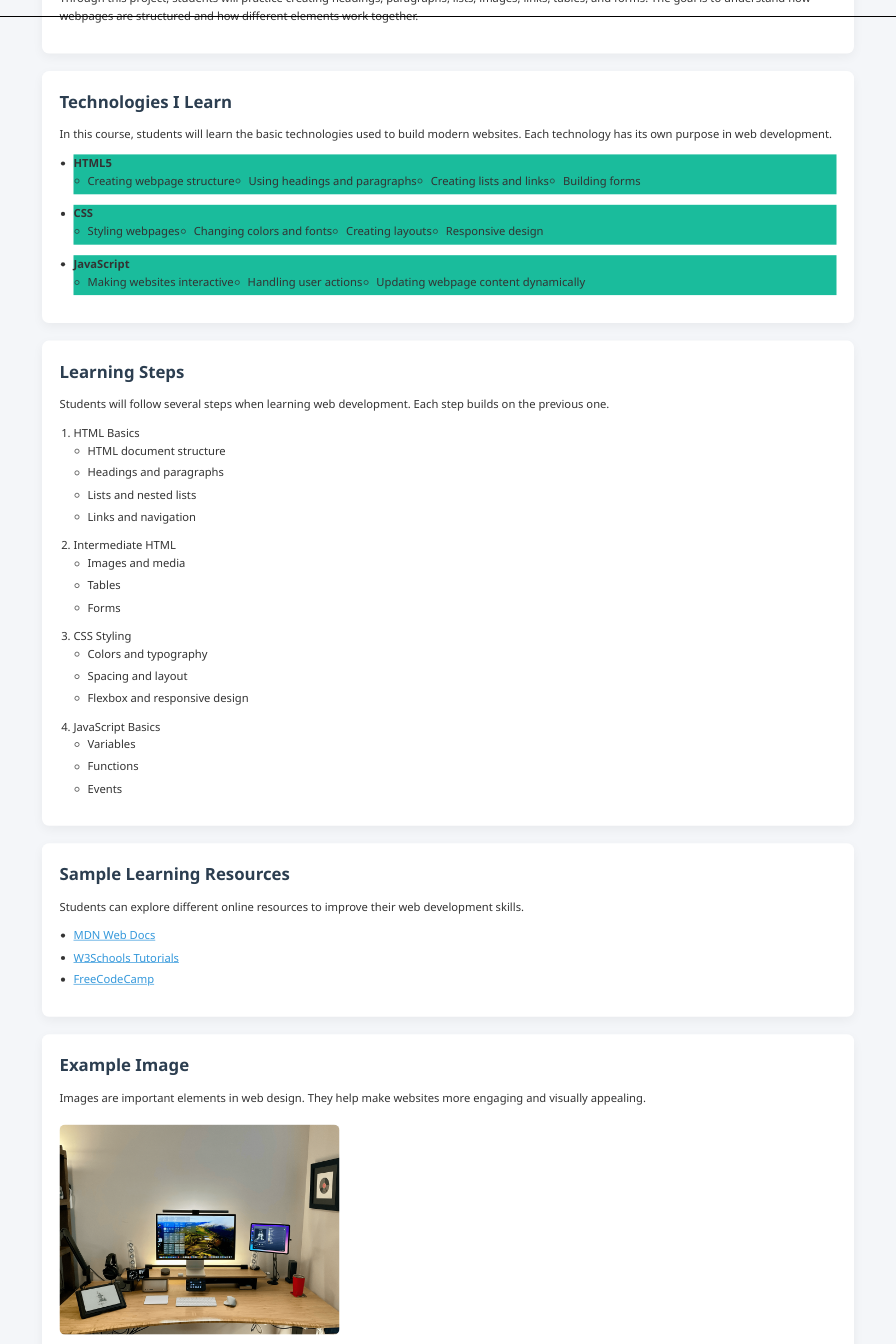
Repository: Than-sothearak/web_client_programing
Page: Week_03/index.html
The author's editor kept a copy of each file at every save. The page is drawn from the files as they stood at one save, then again after a run of saves.
The browser window is 1280 px wide. The pictures show the part of the page from y = 342 to 2262 px (the page is 2984 px tall before and 3218 px after), at 70% of full size.

Above is the page before, as saved 2026-03-24 21:16:46.

After the next 2 saves:
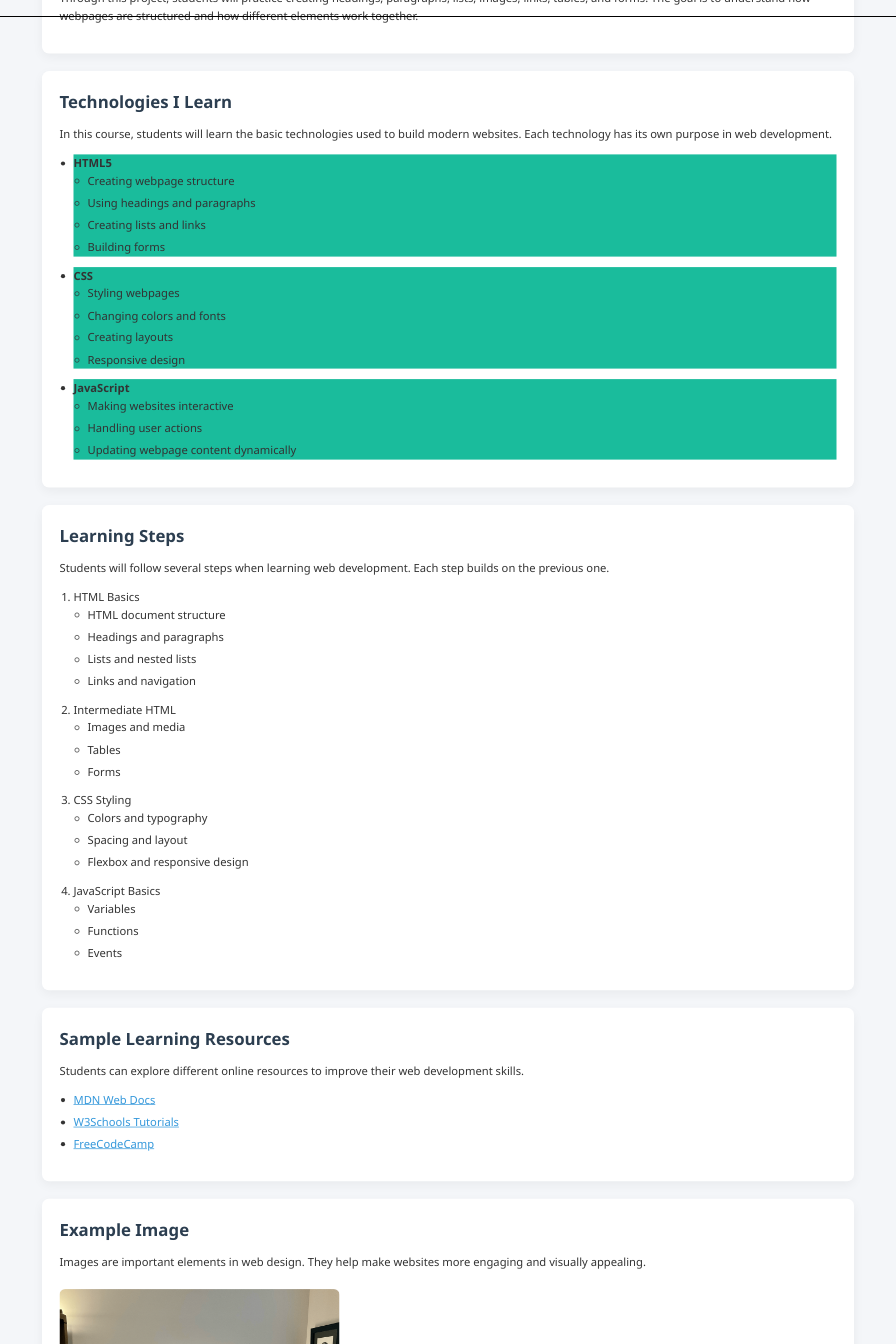
The 2 saves are shown as one change because they came seconds apart.
The last was saved 15 s later.
--- a/Week_03/styles.css
+++ b/Week_03/styles.css
@@ -97,7 +97,7 @@
   margin-bottom: 15px;
 }
 
-.card-container ul {
+ul .card-container{
   display: flex;
   gap: 20px;
 }

After the save that followed:
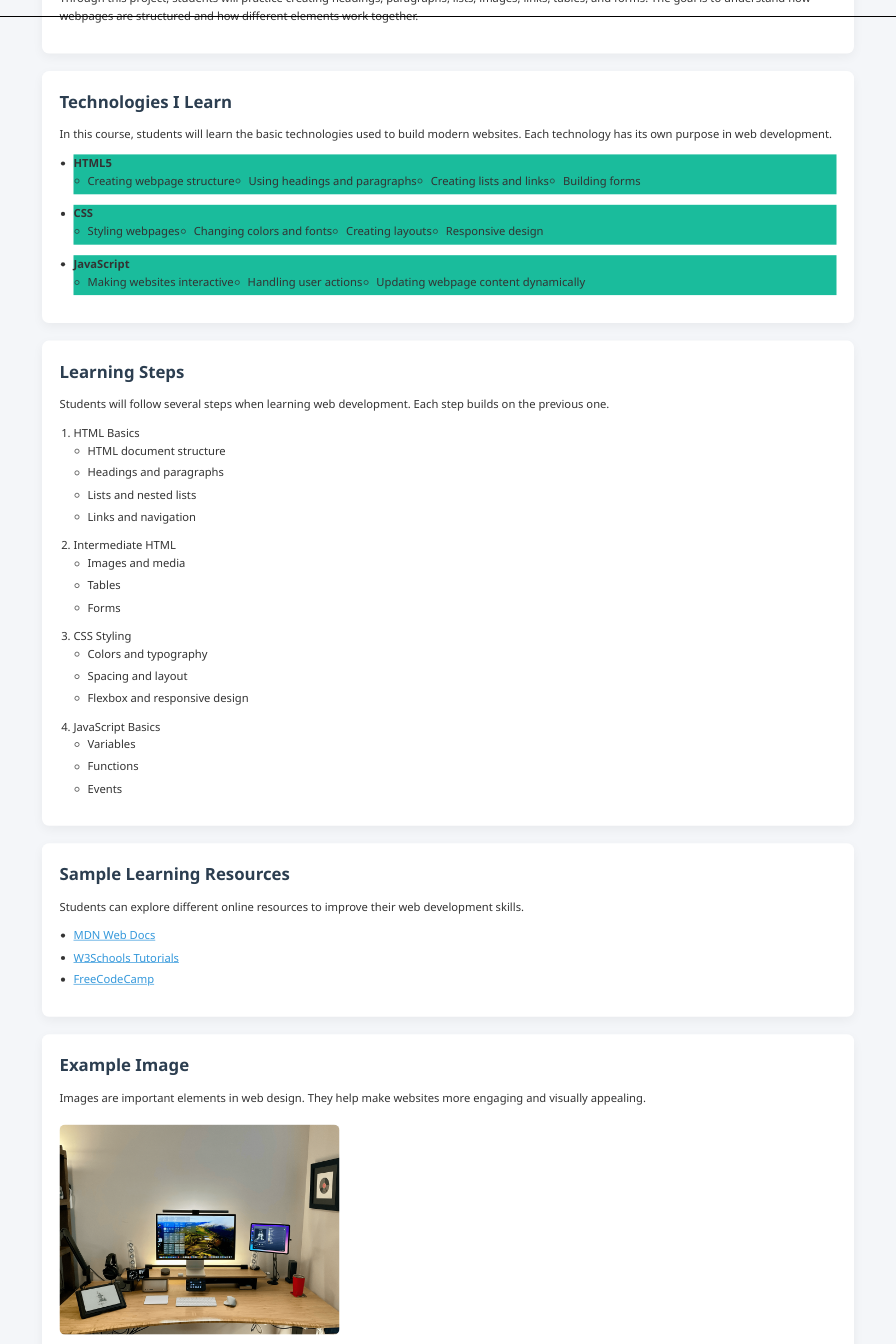
Saved 13 s later.
--- a/Week_03/styles.css
+++ b/Week_03/styles.css
@@ -97,7 +97,7 @@
   margin-bottom: 15px;
 }
 
-ul .card-container{
+.card-container ul {
   display: flex;
   gap: 20px;
 }
